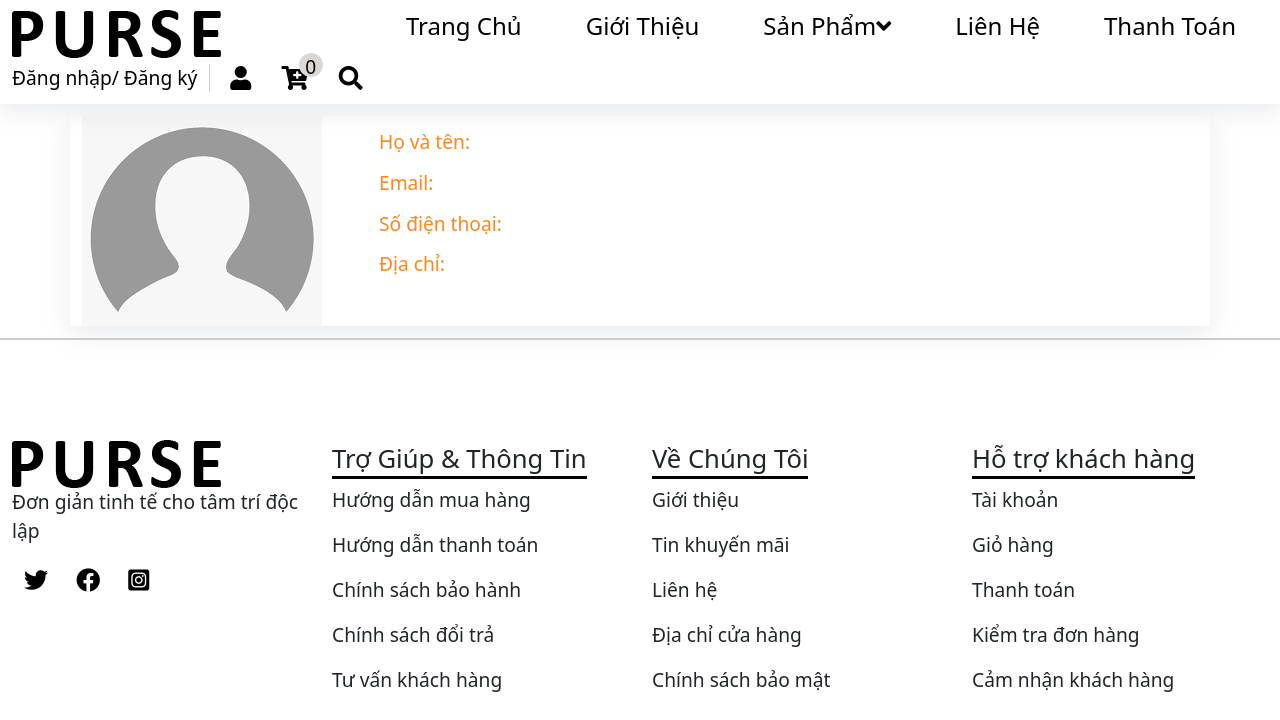
Repository: minh352623/project_firebase
Page: user.html
These files come from the project's save history. The page is drawn as it stood at one moment and after the next save; the edit follows.
The browser window is 1280 px wide. The pictures show the whole page.
Some web libraries are served in a nearby version.

Above is the page before, as saved 2022-05-11 21:14:13.

After the next save:
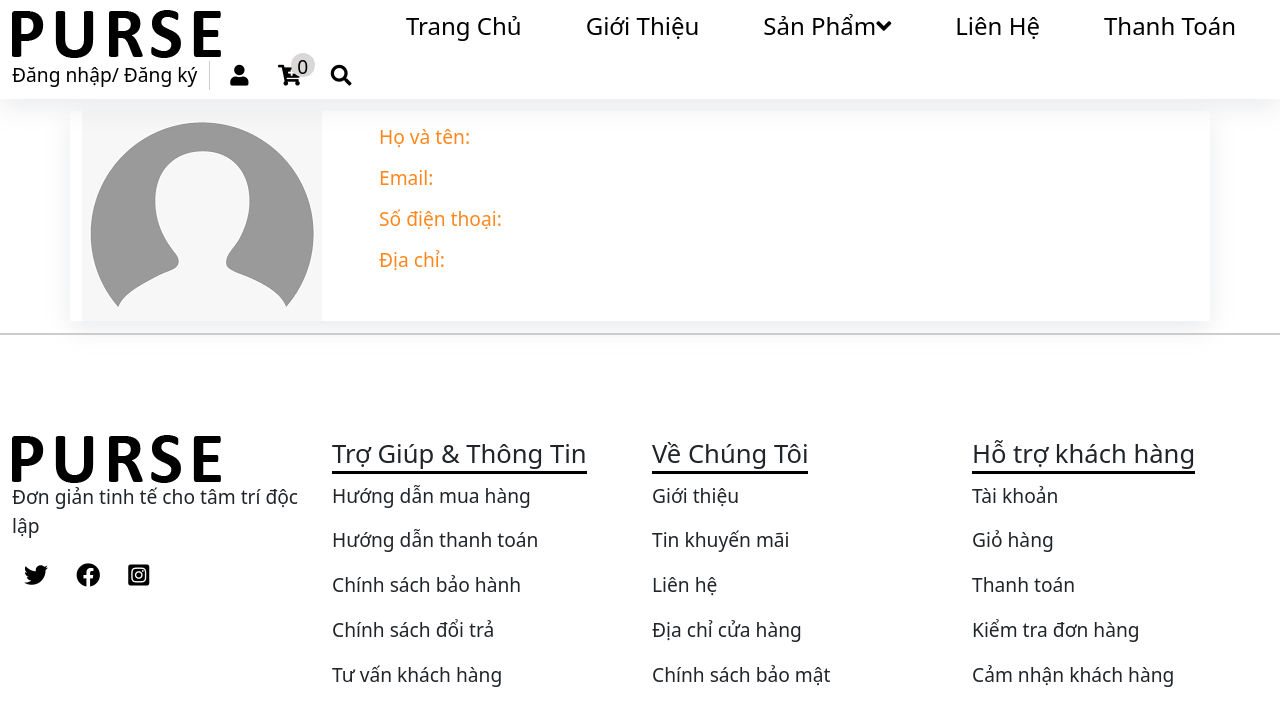
Saved 22 h 19 min later.
--- a/assets/css/main.css
+++ b/assets/css/main.css
@@ -36,7 +36,7 @@
 .navbar-icon{
     display: flex;
     align-items: center;
-    font-size: 1.5rem;
+    font-size: 1.3rem;
     color: var(--text-color);
 
 }
